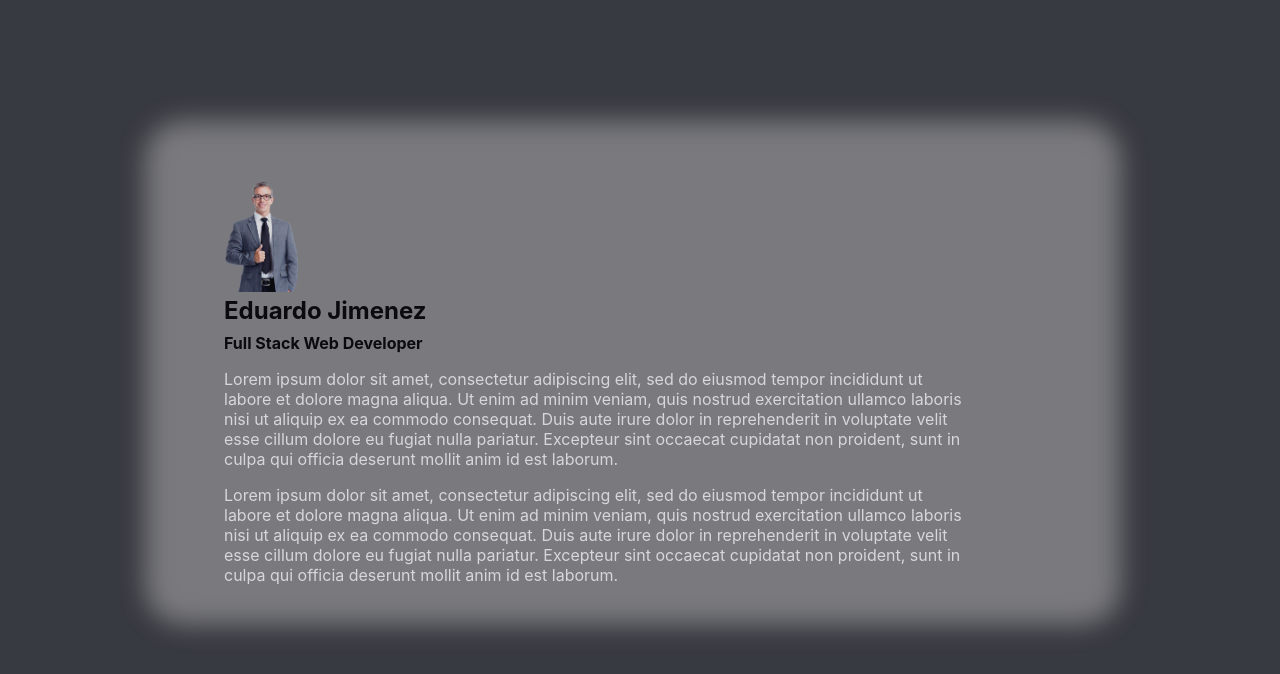
Repository: l8nightswithJS/react-my-portfolio
Page: /
These files come from the project's save history. The page is drawn as it stood at one moment and after the next save; the edit follows.
The browser window is 1280 px wide. The pictures show the whole page.
The project was rebuilt for these pictures with package versions that can differ from the ones it lists, and the page was loaded fresh each time.

Above is the page before, as saved 2021-04-29 13:20:13.

### src/App.js
import SplashPage from './pages/splashPage';

function App() {
  return (
    <SplashPage />
  );
}

export default App;

### src/pages/splashPage.js
import '../App.css';
import img from "../images/businessman.png"

function SplashPage() {
    return (
        <div className="App">
            <header className="App-header">
                <section>
                    <div>
                        <img src={img} alt="buisness man img"/>
                        <h1>Eduardo Jimenez</h1>
                        <h4>Full Stack Web Developer</h4>
                        <p>Lorem ipsum dolor sit amet, consectetur adipiscing elit, sed do eiusmod tempor incididunt ut labore et dolore magna aliqua. Ut enim ad minim veniam, quis nostrud exercitation ullamco laboris nisi ut aliquip ex ea commodo consequat. Duis aute irure dolor in reprehenderit in voluptate velit esse cillum dolore eu fugiat nulla pariatur. Excepteur sint occaecat cupidatat non proident, sunt in culpa qui officia deserunt mollit anim id est laborum.</p>

                        <p>Lorem ipsum dolor sit amet, consectetur adipiscing elit, sed do eiusmod tempor incididunt ut labore et dolore magna aliqua. Ut enim ad minim veniam, quis nostrud exercitation ullamco laboris nisi ut aliquip ex ea commodo consequat. Duis aute irure dolor in reprehenderit in voluptate velit esse cillum dolore eu fugiat nulla pariatur. Excepteur sint occaecat cupidatat non proident, sunt in culpa qui officia deserunt mollit anim id est laborum.</p>

                    </div>
                </section>
            </header>
        </div>
    );
}

export default SplashPage;

### src/App.css
.App {
  height: 100vh;
  width: 100%;
  background-color: rgb(56, 58, 65);
}

section {
  position: fixed;
  top: 0;
  bottom: 0;
  left: 0;
  right: 0;
  background-color: rgb(139, 138, 142);
  height: 50vh;
  width: 65vw;
  margin: auto;
  color: white;
  box-shadow: -1vh 1vw 2vw 10vh rgb(139, 138, 142);
  opacity: .8;
  border-radius: 1.5vh;
}

section div {
  max-width: 90%;
  max-height: 90%;
}

section div h1 {
  color: black;
  margin: 0;
}

h4 {
  color: black;
  margin: 0;
  padding-top: 1%;
}

section div img {
  width: 10%;
  height: 12%;
}

Loaded but not shown: public/index.html (common file); src/index.js (common file); src/index.css (common file); src/reportWebVitals.js (common file)

After the next save:
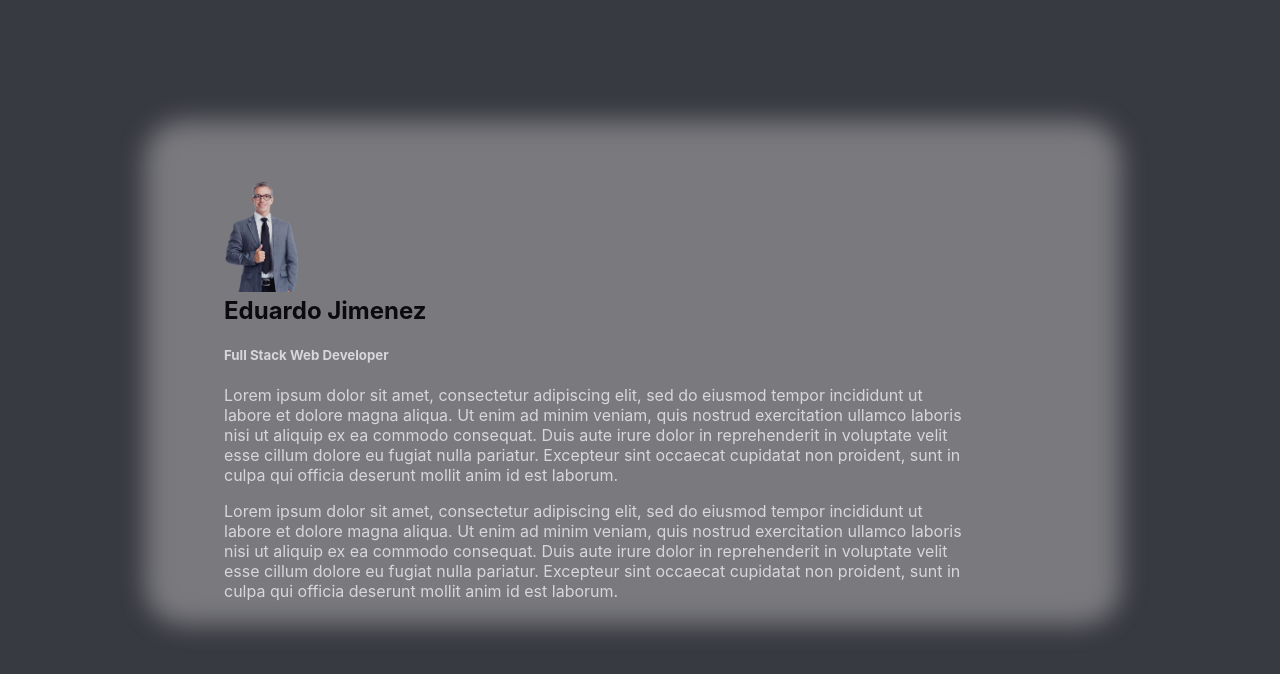
Saved 15 s later.
--- a/src/pages/splashPage.js
+++ b/src/pages/splashPage.js
@@ -9,7 +9,7 @@ function SplashPage() {
                     <div>
                         <img src={img} alt="buisness man img"/>
                         <h1>Eduardo Jimenez</h1>
-                        <h4>Full Stack Web Developer</h4>
+                        <h5>Full Stack Web Developer</h5>
                         <p>Lorem ipsum dolor sit amet, consectetur adipiscing elit, sed do eiusmod tempor incididunt ut labore et dolore magna aliqua. Ut enim ad minim veniam, quis nostrud exercitation ullamco laboris nisi ut aliquip ex ea commodo consequat. Duis aute irure dolor in reprehenderit in voluptate velit esse cillum dolore eu fugiat nulla pariatur. Excepteur sint occaecat cupidatat non proident, sunt in culpa qui officia deserunt mollit anim id est laborum.</p>
 
                         <p>Lorem ipsum dolor sit amet, consectetur adipiscing elit, sed do eiusmod tempor incididunt ut labore et dolore magna aliqua. Ut enim ad minim veniam, quis nostrud exercitation ullamco laboris nisi ut aliquip ex ea commodo consequat. Duis aute irure dolor in reprehenderit in voluptate velit esse cillum dolore eu fugiat nulla pariatur. Excepteur sint occaecat cupidatat non proident, sunt in culpa qui officia deserunt mollit anim id est laborum.</p>
